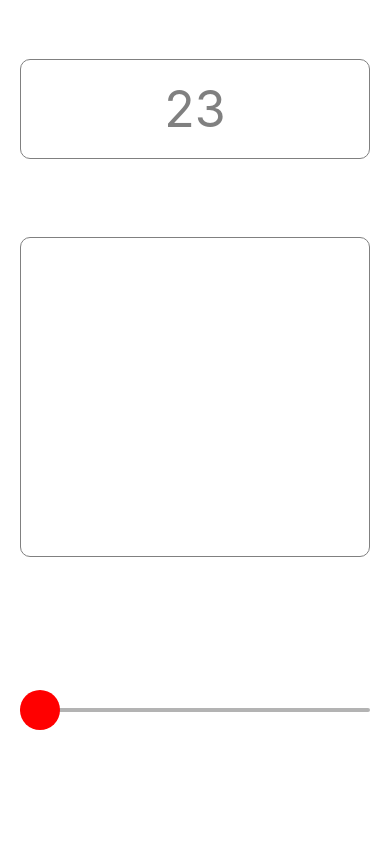
Repository: sonnke/imageResizer
Screen: /
The author's editor kept a copy of each file at every save. The screen is drawn from the files as they stood at one save, then again after the next save.
Pictures or frames that could not be fetched are drawn as grey boxes. The app was drawn by React Native's web renderer in a window 390 px wide. The project was rebuilt for these pictures with package versions that can differ from the ones it lists, and the page was loaded fresh each time.

Above is the screen before, as saved 2020-02-02 22:32:30.

### App.tsx
import React, { useState } from 'react';

import imageSource from './images.jpeg';
import StyledView from './src/components/StyledView';

export default function App() {
  const [sliderNum, setSliderNum] = useState<number>(0); //slider values
  const [imageSize, setImageSize] = useState<number>(150); //default image height
  const [toggleSlider, setToggleSlider] = useState<boolean>(false); //disable or enable slider
  const [seconds, setSeconds] = useState<number>(0); //seconds for a timer

  //set Slider values
  const setSliderValue = (value: number) => {
    //parse slider value to float number and set 2 decimal values
    const sliderValue = parseFloat(value.toFixed(2));

    //Sum of slider value and default image height of 150
    const totalImgSize = sliderValue + 150;

    //set values to a state
    setSliderNum(sliderValue);
    setImageSize(totalImgSize);
  };

  const stopWatch = () => {
    const sec = new Date().getSeconds();

    //If 30 seconds, then disable slider
    if (sec === 30) {
      setToggleSlider(true);
    }

    //if less then 30 seconds then enable slider
    if (sec === 0) {
      setToggleSlider(false);
    }

    //save seconds for display
    setSeconds(sec);
  };

  //executes every 1 seconds
  setInterval(stopWatch, 1000);

  //Message
  const message = `Slider will be ${
    toggleSlider ? `enabled` : `disabled`
  } after 30 seconds`;

  return (
    <StyledView
      seconds={seconds}
      toggleSlider={toggleSlider}
      sliderNum={sliderNum}
      imageSize={imageSize}
      setSliderValue={setSliderValue}
      imageSource={imageSource}
    />
  );
}

### src/components/StyledView.tsx
import React, { useState } from 'react';
import { Image, StyleSheet, Text, View } from 'react-native';
import { Slider } from 'react-native-elements';
import styled from 'styled-components/native';

const MainContainer = styled.View`
  flex: 1;
  flex-direction: column;
  align-items: center;
  justify-content: space-around;
  padding: 20px;
`;

const StopWatch = styled.View`
  width: 100%;
  height: 100px;
  border-width: 1px;
  border-color: grey;
  border-radius: 10px;
  justify-content: center;
  align-items: center;
`;

const ImageContainer = styled.View`
  width: 100%;
  height: 320px;
  border-width: 1px;
  border-color: grey;
  border-radius: 10px;
  justify-content: center;
  align-items: center;
`;

const SliderContainer = styled.View`
  width: 100%;
  height: 150px;
  border-color: red;
  border-radius: 10px;
  justify-content: center;
  align-items: center;
`;

const Graphic = styled.Image`
  height: ${({ imgSize }) => imgSize}px;
  border-radius: 10px;
`;

const StopWatchText = styled.Text`
  font-size: 50px;
  color: grey;
`;

const StyledView = ({
  seconds,
  imageSize,
  imageSource,
  toggleSlider,
  sliderNum,
  setSliderValue,
  message
}) => {
  return (
    <MainContainer>
      <StopWatch>
        <StopWatchText>{seconds}</StopWatchText>
      </StopWatch>
      <ImageContainer>
        <Graphic
          imgSize={imageSize}
          resizeMode={"contain"}
          source={imageSource}
        />
      </ImageContainer>
      <SliderContainer>
        <Slider
          disabled={toggleSlider}
          value={sliderNum}
          onValueChange={setSliderValue}
          maximumValue={100}
          minimumValue={0}
          animateTransitions={true}
          minimumTrackTintColor={"#808080"}
          trackStyle={{
            width: 350
          }}
          thumbStyle={{
            backgroundColor: toggleSlider ? "#808080" : "red"
          }}
        />
        <Text>{message}</Text>
      </SliderContainer>
    </MainContainer>
  );
};

export default StyledView;

After the next save:
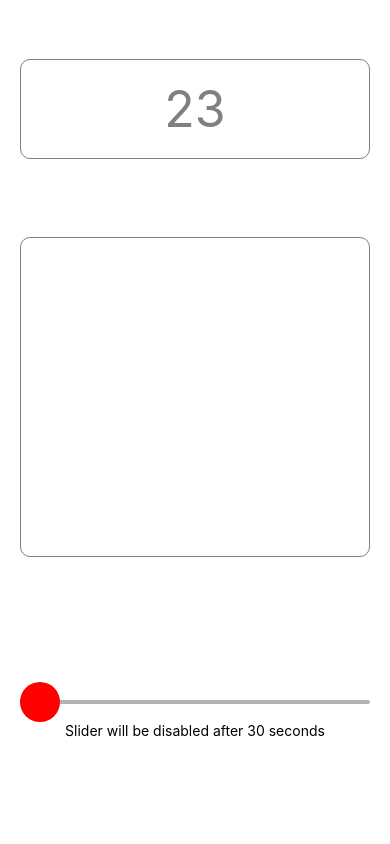
Saved 30 s later.
--- a/App.tsx
+++ b/App.tsx
@@ -55,6 +55,7 @@ export default function App() {
       imageSize={imageSize}
       setSliderValue={setSliderValue}
       imageSource={imageSource}
+      message={message}
     />
   );
 }
